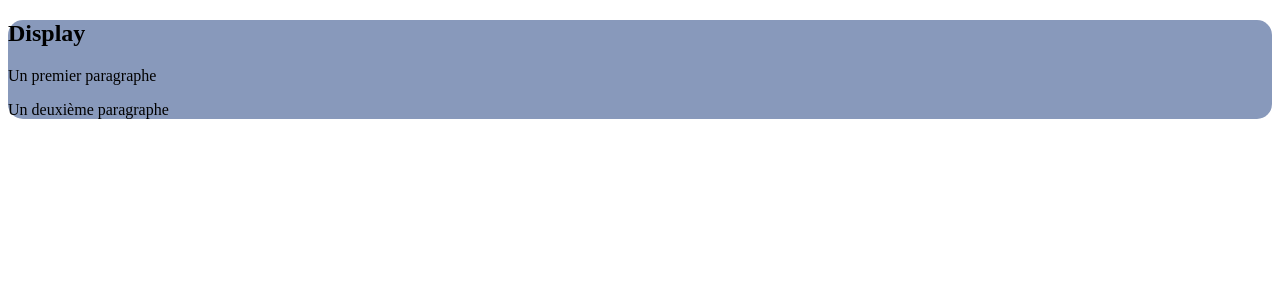
Repository: serviceshuios/Git-Aix-Web
Page: affichage-positionnement/WebContent/index.html
The author's editor kept a copy of each file at every save. The page is drawn from the files as they stood at one save, then again after the next save.
The browser window is 1280 px wide. The pictures show the whole page.

Above is the page before, as saved 2018-10-25 13:12:48.

After the next save:
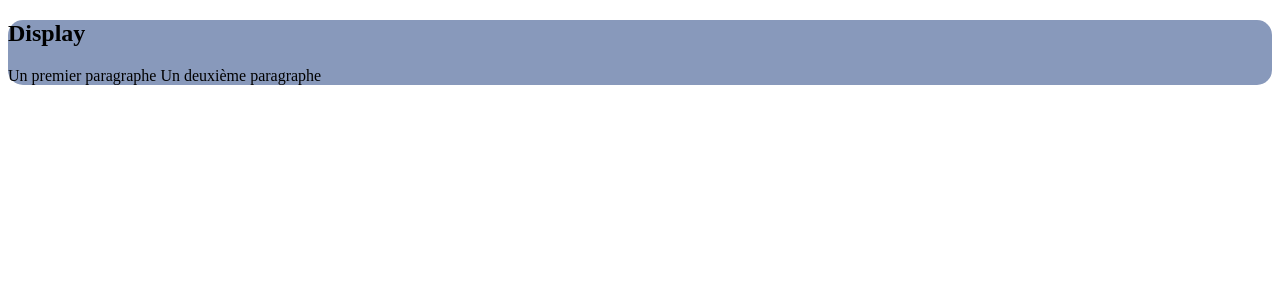
Saved 83 s later.
--- a/affichage-positionnement/WebContent/css/style.css
+++ b/affichage-positionnement/WebContent/css/style.css
@@ -3,3 +3,7 @@ div {
 	background-color: #89B;
 	border-radius: 15px;
 }
+
+.para1, .para2{
+	display: inline;
+}
